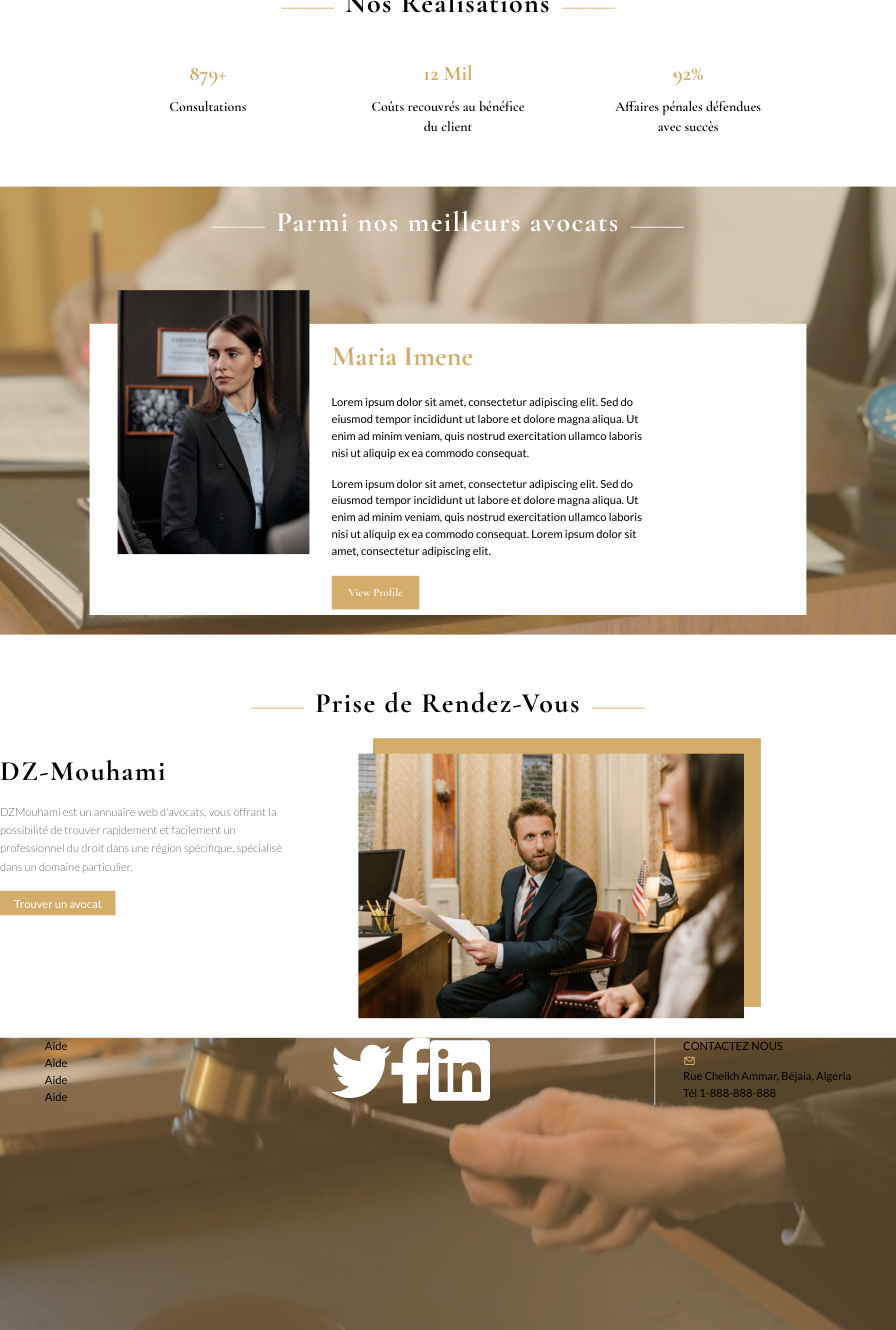
Repository: Chekrouba-Tinhinane/Mohami_dz
Page: / (app in client/)
An editor plug-in stored every save of this project. The page is shown before and after a run of saves, followed by the edit.
The browser window is 1280 px wide. The pictures show the part of the page from y = 2202 to 4122 px (the page is 4102 px tall before and 4122 px after), at 70% of full size.
The project was rebuilt for these pictures with package versions that can differ from the ones it lists, and the page was loaded fresh each time. Also part of the build but not shown: client/vite.config.js, client/src/SignIn.jsx, client/src/components/Selector.jsx, client/src/components/SearchContainer.jsx, client/src/Search.jsx, client/src/components/super/HomeLayout.jsx, client/src/components/Profile.jsx.

Above is the page before, as saved 2024-01-25 12:22:49.

### client/index.html
<!doctype html>
<html lang="en">
  <head>
    <meta charset="UTF-8" />
    <link rel="icon" type="image/svg+xml" href="/vite.svg" />
    <meta name="viewport" content="width=device-width, initial-scale=1.0" />
    <title>Mouhami DZ</title>
  </head>
  <body>
    <div id="root"></div>
    <script type="module" src="/src/App.jsx"></script>
  </body>
</html>

### client/src/App.jsx
import React from "react";
import { createRoot } from "react-dom/client";
import { BrowserRouter, Routes, Route } from "react-router-dom";
import "./index.css";
import LandingPage from "./LandingPage";
import SignIn from "./SignIn";
import Search from "./Search";
import HomeLayout from "./components/super/HomeLayout";
import Profile from "./components/Profile";

const App = () => {
  return (
    <BrowserRouter>
      <Routes>
        <Route path={"/"} element={<LandingPage />} />

        <Route path={"/Signin"} element={<SignIn />} />
        <Route
          path={"/Search"}
          element={<HomeLayout pageComponent={<Search />} />}
        />
        {/* <Route path={"/Signin"} element={<SignIn />} />
        <Route
          path={"/Schedule"}
          element={<HomeLayout pageComponent={<Schedule />} />}
        />

        <Route
          path={"/Settings"}
          element={<HomeLayout pageComponent={<Staff />} />}
        />
        <Route
          path={"/profile/:id"}
          element={<HomeLayout pageComponent={<Profile />} />}
        /> */}
        <Route
          path={"/profile"}
          element={<HomeLayout pageComponent={<Profile />} />}
        />
      </Routes>
    </BrowserRouter>
  );
};

export default App;

const root = createRoot(document.getElementById("root"));
root.render(<App />);

### client/src/index.css
@import url("https://fonts.googleapis.com/css2?family=Cormorant+Garamond:wght@300;400;500;600;700&family=Lato:wght@100;300;400;700;900&display=swap");

@tailwind base;
@tailwind components;
@tailwind utilities;

@layer base {
  a {
    @apply cursor-pointer;
  }
  h1 {
    @apply text-[50px] font-bold;
  }
  h2 {
    @apply text-[2.5rem] font-bold;
  }
  p {
  }
  h3 {
  }
  h4 {
    @apply text-[1rem] font-semibold;
  }
  textarea {
  }
  input {
  }
  select {
  }
}

* {
  /*font-family: 'Cormorant Garamond', serif; */
  font-family: "Lato", sans-serif;
  box-sizing: border-box;
  padding: 0;
  margin: 0;
}

.recursive {
  font-family: "Cormorant Garamond", serif;
}

.nav-item::after {
  content: "";
  display: block;
  width: 0;
  height: 2px;
  margin-top: 5px;
  background-color: rgb(212, 173, 107);
  transition: width 0.4s;
}

.nav-item:hover::after {
  width: 100%;
}

### client/src/LandingPage.jsx
import React, { useEffect } from "react";

import header from "./assets/landing/header.jpg";
import hero from "./assets/landing/hero.png";
import section1 from "./assets/landing/section1.jpg";
import section2 from "./assets/landing/section2.jpg";
import footer from "./assets/landing/footer.jpg";
import maria from "./assets/landing/maria.jpg";
import scene from "./assets/landing/scene.png";

import msg from "./assets/icons/contact/msg.svg";

import twitter from "./assets/icons/footer/twitter.svg";
import fb from "./assets/icons/footer/fb.svg";
import linkedin from "./assets/icons/footer/linkedin.svg";

import NavBar from "./components/super/NavBar";

import AOS from "aos";
import "aos/dist/aos.css";

AOS.init();

const LandingPage = () => {
  useEffect(() => {
    AOS.refresh();
  }, []);

  return (
    <div className="overflow-hidden flex flex-col relative mx-auto items-center bg-white z-10">
      <header className=" p-3 recursive border-b border-b-primary w-[90%] text-center font-semibold text-xl">
        {" "}
        DZ Mouhami{" "}
      </header>
      <NavBar />
      <Header />
      <About />
      <Feedback />

      <Achievements />
      <Hero />
      <Appoint />
      <Footer />
    </div>
  );
};

export default LandingPage;

function Header() {
  return (
    <section
      id="header"
      className=" relative flex w-screen justify-center my-3"
    >
      <img src={header} className="w-full h-[600px] object-cover" alt="" />
      <h2 className=" recursive absolute bottom-[7%] left-[10%] text-white w-[60%]">
        "Legal Solutions, Trusted Advocacy: Your Path to Justice Begins with
        Us."
      </h2>
    </section>
  );
}

function About() {
  return (
    <section
      id="about"
      data-aos="fade-right"
      data-aos-duration="1000"
      className="mx-3 my-10 flex gap-[6rem] justify-center items-center"
    >
      {/* fifth section */}
      <div className=" flex flex-col w-[40%] ">
        <h2 className=" recursive w-[40%] place-self-end">
          A propos de DZ Mouhami
        </h2>
        <img src={hero} className="" alt="" />
      </div>

      <div className=" basis-[40%] mb-16 ">
        {" "}
        {/*  */}
        <h2 className=" recursive tracking-wider w-[50%] my-4">DZ-Mouhami</h2>
        <p className=" w-[80%] opacity-60 font-light leading-relaxed mb-7">
          DZMouhami est un annuaire web d'avocats, vous offrant la possibilité
          de trouver rapidement et facilement un professionnel du droit dans une
          région spécifique, spécialisé dans un domaine particulier.
        </p>
        <a
          href=""
          className=" py-2 px-5 text-white bg-primary hover:bg-opacity-65"
        >
          Trouver un avocat
        </a>
      </div>
    </section>
  );
}

function Feedback() {
  const userComments = [
    {
      username: "User123",
      comment:
        "Effortlessly found the right lawyer for my needs – the detailed profiles and client reviews streamlined the decision-making process.",
    },
    {
      username: "LegalEagle",
      comment:
        "Incredibly user-friendly directory; comprehensive lawyer profiles and responsive design made my search for legal representation hassle-free.",
    },
    {
      username: "LawSeeker",
      comment:
        "Highly impressed with the intuitive interface and wealth of information – this directory simplified the task of finding a skilled attorney.",
    },
  ];

  // You can now use the userComments array as needed in your code.

  return (
    <section
      id="feedback"
      className=" relative flex w-screen justify-center my-4"
    >
      <img
        src={section1}
        className="w-full h-[640px] bg-center object-cover"
        alt=""
      />
      <div className="absolute top-0 text-white">
        <div className=" flex flex-col items-center">
          <div className="flex items-center my-5 gap-4">
            <span className=" font-semibold select-none">____________</span>
            <h2 className=" recursive  tracking-wider ">
              Nos Témoignages
            </h2>{" "}
            <span className=" font-semibold select-none">____________</span>
          </div>

          <h2 className=" mt-16 mb-8 recursive w-[85%] text-center">
            CE QUE NOS CLIENTS PENSENT DE NOUS
          </h2>
          <div className=" flex gap-10 w-[75%] ">
            {userComments.map((el, i) => {
              return (
                <div className=" flex flex-col justify-between bg-white p-6 rounded-md text-black text-sm h-56 ">
                  {el.comment}
                  <div className=" flex gap-5 items-center">
                    {" "}
                    <div class="w-14 h-14 bg-gray-500 rounded-full"></div>
                    {el.username}
                  </div>
                </div>
              );
            })}
          </div>
        </div>
      </div>
    </section>
  );
}

function Achievements() {
  return (
    <div className=" flex flex-col w-[80%] items-center mx-auto my-10 gap-8 ">
      <div className="flex items-center my-5 gap-4">
        <span className=" font-semibold select-none text-primary">
          ____________
        </span>
        <h2 className=" recursive tracking-wider">Nos Réalisations</h2>{" "}
        <span className=" font-semibold select-none text-primary">
          ____________
        </span>
      </div>

      <div className="flex w-full justify-between  ">
        <div className="flex flex-col items-center basis-[33%] gap-4">
          {" "}
          <h4 className=" recursive text-primary text-3xl font-bold">879+</h4>{" "}
          <span className=" w-[70%] text-center recursive font-semibold text-xl">Consultations</span>
        </div>
        <div className="flex flex-col items-center basis-[33%] gap-4">
          {" "}
          <h4 className=" recursive text-primary text-3xl font-bold">12 Mil</h4>{" "}
          <span className=" w-[70%] text-center recursive font-semibold text-xl">
            Coûts recouvrés au bénéfice du client
          </span>
        </div>
        <div className="flex flex-col items-center basis-[33%] gap-4">
          {" "}
          <h4 className=" recursive text-primary text-3xl font-bold">92%</h4>{" "}
          <span className=" w-[70%] text-center recursive font-semibold text-xl">
            Affaires pénales défendues avec succès
          </span>
        </div>
      </div>
    </div>
  );
}

function Hero() {
  return (
    <section id="hero" className=" relative flex w-screen justify-center my-8">
      <img
        src={section2}
        className="w-full h-[640px] bg-center object-cover"
        alt=""
      />
      <div className="absolute top-0 text-white">
        <div className=" flex flex-col items-center gap-[6rem]">
          <div className="flex items-center my-5 gap-4">
            <span className=" font-semibold select-none">____________</span>
            <h2 className=" recursive  tracking-wider ">
              Parmi nos meilleurs avocats
            </h2>{" "}
            <span className=" font-semibold select-none">____________</span>
          </div>

          <div className=" flex gap-8 w-[80%] bg-white text-black h-[26rem] px-10 ">
            <div className="relative basis-[30%]">
              {" "}
              <img
                src={maria}
                alt=""
                className=" absolute -top-12  object-contain"
              />
            </div>
            <div className=" flex flex-col basis-[70%] my-4 gap-6 ">
              {" "}
              <h2 className=" recursive text-primary">Maria Imene</h2>{" "}
              <p className=" w-[70%] flex flex-col gap-5 ">
                <span>
                  Lorem ipsum dolor sit amet, consectetur adipiscing elit. Sed
                  do eiusmod tempor incididunt ut labore et dolore magna aliqua.
                  Ut enim ad minim veniam, quis nostrud exercitation ullamco
                  laboris nisi ut aliquip ex ea commodo consequat.{" "}
                </span>

                <span>
                  Lorem ipsum dolor sit amet, consectetur adipiscing elit. Sed
                  do eiusmod tempor incididunt ut labore et dolore magna aliqua.
                  Ut enim ad minim veniam, quis nostrud exercitation ullamco
                  laboris nisi ut aliquip ex ea commodo consequat. Lorem ipsum
                  dolor sit amet, consectetur adipiscing elit.
                </span>
              </p>
              <a
                href=""
                className="flex w-max recursive text-white bg-primary px-6 py-3 font-semibold hover:bg-opacity-75"
              >
                View Profile
              </a>
            </div>
          </div>
        </div>
      </div>
    </section>
  );
}

function Footer() {
  return (
    <footer id="footer" className=" relative flex w-full justify-center mt-3 ">
      <img src={footer} alt="" className="w-full object-cover" />
      {/* sixth section */}
      <div className="absolute w-full ">
        <div className=" flex justify-between px-16 ">
          <div className=" flex flex-col">
            <p>Aide</p>
            <p>Aide</p>
            <p>Aide</p>
            <p>Aide</p>
          </div>

          <div className=" flex ">
            <img src={twitter} alt="" />
            <img src={fb} alt="" />
            <img src={linkedin} alt="" />
          </div>

          <div className=" border-l border-l-white pl-10 flex flex-col ">
            <p>
              CONTACTEZ NOUS{" "}
              <span>
                {" "}
                <img src={msg} alt="" />
              </span>{" "}
            </p>
            <p>Rue Cheikh Ammar, Béjaia, Algeria</p>
            <p>Tél 1-888-888-888</p>
          </div>
        </div>
      </div>
    </footer>
  );
}

function Appoint() {
  return (
    <section id="appoint" className=" flex flex-col w-screen justify-center my-4">
      <div className=" flex flex-col items-center">
        <div className="flex items-center my-5 gap-4">
          <span className=" font-semibold select-none text-primary">
            ____________
          </span>
          <h2 className=" recursive  tracking-wider ">Prise de Rendez-Vous</h2>{" "}
          <span className=" font-semibold select-none text-primary">
            ____________
          </span>
        </div>
      </div>

      <div className=" flex w-full ">
        <div className=" basis-[40%] mb-16 ">
          {" "}
          {/*  */}
          <h2 className=" recursive tracking-wider w-[50%] my-4">DZ-Mouhami</h2>
          <p className=" w-[80%] opacity-60 font-light leading-relaxed mb-7">
            DZMouhami est un annuaire web d'avocats, vous offrant la possibilité
            de trouver rapidement et facilement un professionnel du droit dans
            une région spécifique, spécialisé dans un domaine particulier.
          </p>
          <a
            href=""
            className=" py-2 px-5 text-white bg-primary hover:bg-opacity-65"
          >
            Trouver un avocat
          </a>
        </div>

        <img src={scene} className="" alt="" />
      </div>
    </section>
  );
}

### client/src/components/super/NavBar.jsx
import { motion } from "framer-motion";
import { Link } from "react-router-dom";
import { Link as ScrollLink } from "react-scroll";

const NavBar = () => {
  return (
    <div
      whileHover={{ scale: 1, originX: 0, color: "#D4AD6B" }}
      transition={{ type: "tween", duration: 0.2 }}
      className=" flex items-center px-20 pt-6 mb-3 w-full justify-between "
    >
      <motion.ul className="flex gap-[2rem] text-sm">
        <motion.li
          whileHover={{ scale: 1, originX: 0, color: "#D4AD6B" }}
          transition={{ type: "tween", duration: 0.2 }}
          className=" font-semibold opacity-80 tracking-wider cursor-pointer"
        >
          <ScrollLink
            to={"about"}
            spy={true}
            smooth={true}
            offset={-50}
            duration={500}
            className="nav-item"
          >
            Accueil
          </ScrollLink>
        </motion.li>
        <motion.li
          whileHover={{ scale: 1, originX: 0, color: "#D4AD6B" }}
          transition={{ type: "tween", duration: 0.2 }}
          className=" font-semibold opacity-80 tracking-wider cursor-pointer"
        >
          <ScrollLink
            to="hero"
            spy={true}
            smooth={true}
            offset={0}
            duration={500}
            className="nav-item"
          >
            Trouver un avocat
          </ScrollLink>
        </motion.li>
        <motion.li
          whileHover={{ scale: 1, originX: 0, color: "#D4AD6B" }}
          transition={{ type: "tween", duration: 0.2 }}
          className=" font-semibold opacity-80 tracking-wider cursor-pointer"
        >
          <ScrollLink
            to="appoint"
            spy={true}
            smooth={true}
            offset={50}
            duration={500}
            className="nav-item"
          >
            Prendre un rendez-vous
          </ScrollLink>
        </motion.li>
        <motion.li
          whileHover={{ scale: 1, originX: 0, color: "#D4AD6B" }}
          transition={{ type: "tween", duration: 0.2 }}
          className=" font-semibold opacity-80 tracking-wider cursor-pointer"
        >
          <ScrollLink
            to="footer"
            spy={true}
            smooth={true}
            offset={-100}
            duration={500}
            className="nav-item"
          >
            Contactez nous
          </ScrollLink>
        </motion.li>
      </motion.ul>
      <div className="flex gap-[1rem]">
        <Link
          to={"/SignIn"}
          href=""
          className=" recursive flex items-center font-semibold text-primary border border-primary bg-white text-center text-lg py-1.5 px-3.5 hover:bg-opacity-70 "
        >
          Se connecter
        </Link>
      </div>
    </div>
  );
};

export default NavBar;

### client/tailwind.config.js
/** @type {import('tailwindcss').Config} */
module.exports = {
  content: ["./src/**/*.{js,jsx,ts,tsx}"],
  theme: {
    extend: {
      colors: {
        lightBrown: "#FAF5EE",
        primary: "#D4AD6B"
      },
    },
  },
  plugins: [],
};

After the next 3 saves:
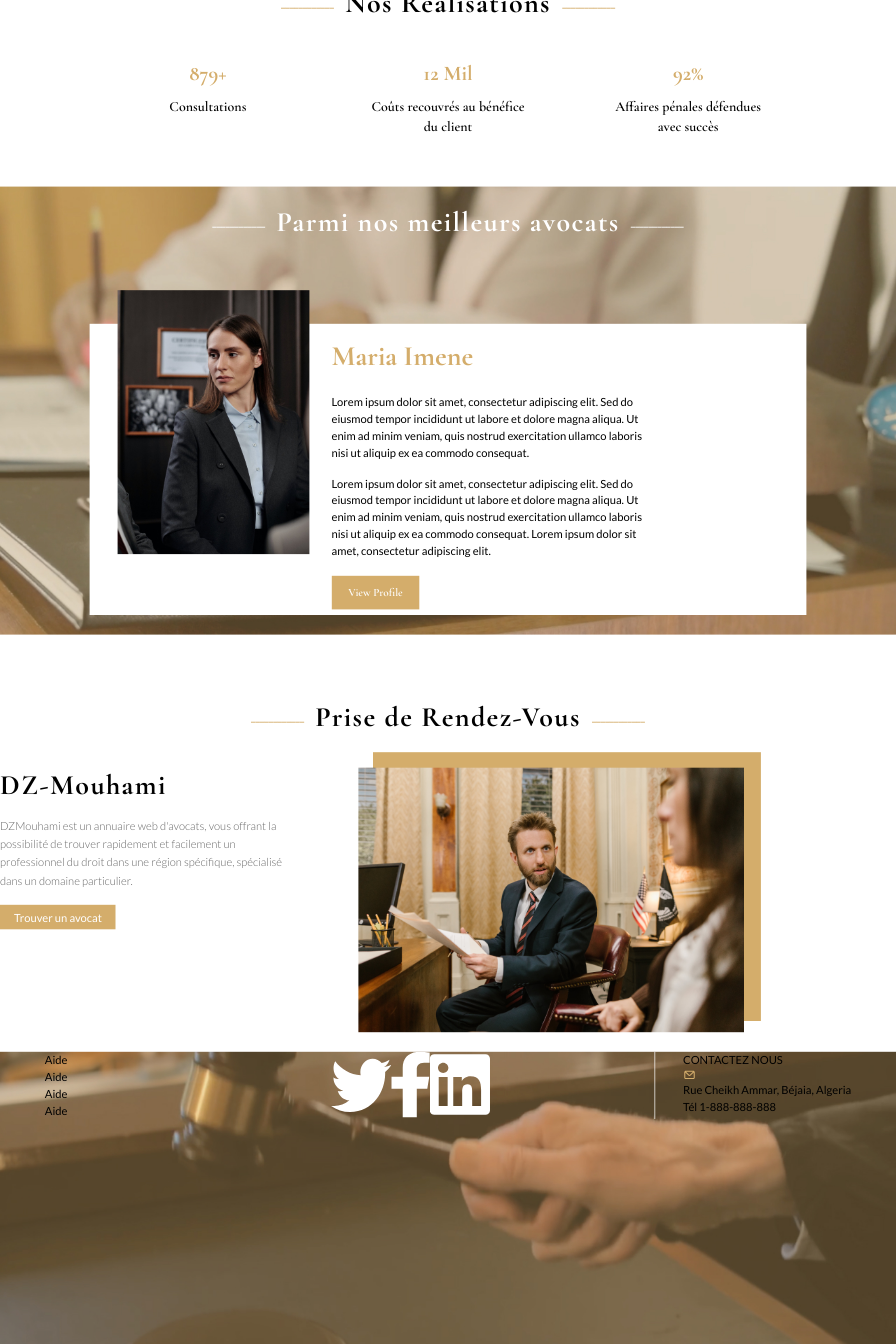
The 3 saves are shown as one change because they came seconds apart.
The last was saved 12 s later.
--- a/client/src/LandingPage.jsx
+++ b/client/src/LandingPage.jsx
@@ -202,7 +202,7 @@ function Achievements() {
 
 function Hero() {
   return (
-    <section id="hero" className=" relative flex w-screen justify-center my-8">
+    <section id="hero" className=" relative flex w-screen justify-center my-8 pb-5">
       <img
         src={section2}
         className="w-full h-[640px] bg-center object-cover"
